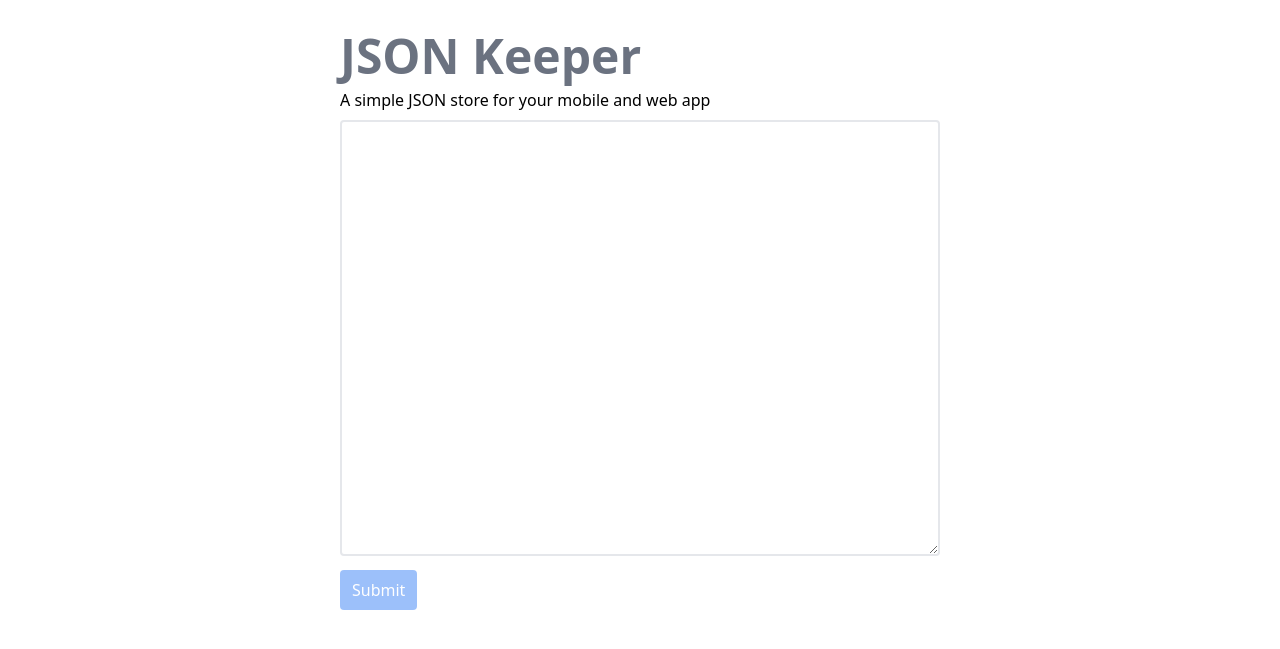
Repository: lakshithapramodya/jsonhub
Page: / (app in client/)
The author's editor kept a copy of each file at every save. The page is drawn from the files as they stood at one save, then again after the next save.
The browser window is 1280 px wide. The pictures show the whole page.
The page's requests for data from a server got no answer. The project was rebuilt for these pictures with package versions that can differ from the ones it lists, and the page was loaded fresh each time. No one was signed in, and anything a server would have sent is missing. Also part of the build but not shown: client/src/HandleJsonData.js.

Above is the page before, as saved 2023-05-10 12:18:14.

### client/src/index.js
import React from "react";
import ReactDOM from "react-dom/client";
import "./index.css";
import App from "./App";
import { BrowserRouter, Route, Routes } from "react-router-dom";
import HandleJsonData from "./HandleJsonData";

const root = ReactDOM.createRoot(document.getElementById("root"));
root.render(
  <React.StrictMode>
    <BrowserRouter>
      <Routes>
        <Route path="/" element={<App />} />
        <Route path=":url" element={<HandleJsonData />} />
      </Routes>
    </BrowserRouter>
  </React.StrictMode>
);

### client/src/App.js
import { useState } from "react";
import { SERVER_ENDPOINT } from "./config/Default";
import axios from "axios";

function App() {
  const [input, setInput] = useState([]);
  const [url, setUrl] = useState("");

  const sendRequest = async () => {
    const res = await axios
      .post(`${SERVER_ENDPOINT}/api/json`, {
        text: input,
      })
      .then()
      .catch((err) => console.log(err));
    const data = res.data;
    return data;
  };

  const handleSubmit = (e) => {
    e.preventDefault();
    sendRequest().then((res) => {
      console.log(res.url);
      res && setInput([]);
      setUrl(res.url);
    });
  };

  function isJsonString(str) {
    try {
      JSON.parse(str);
    } catch (e) {
      return false;
    }
    return true;
  }

  return (
    <div className="min-w-full min-h-screen flex flex-col">
      {url && (
        <a href={`${SERVER_ENDPOINT}/${url}`}>{`${SERVER_ENDPOINT}/${url}`}</a>
      )}
      <div className="flex flex-col mx-auto mt-8 w-full md:w-1/2 items-center justify-center">
        <form onSubmit={handleSubmit} className="w-full space-y-2 px-5">
          <h1 className="text-5xl font-semibold text-gray-500">JSON Keeper</h1>
          <p>A simple JSON store for your mobile and web app</p>
          <textarea
            onChange={(e) => setInput(e.target.value)}
            value={input}
            rows={18}
            className="border-2 w-full rounded"
          />
          <button
            className="bg-blue-500 p-2 px-3 rounded text-white disabled:opacity-50"
            disabled={!isJsonString(input)}
            type="submit"
          >
            Submit
          </button>
        </form>
      </div>
    </div>
  );
}

export default App;

### client/src/config/Default.js
export const SERVER_ENDPOINT =
  process.env.REACT_APP_SERVER_ENDPOINT || "http://localhost:5000";

Loaded but not shown: client/public/index.html (common file); client/src/index.css (common file); client/tailwind.config.js (common file)

After the next save:
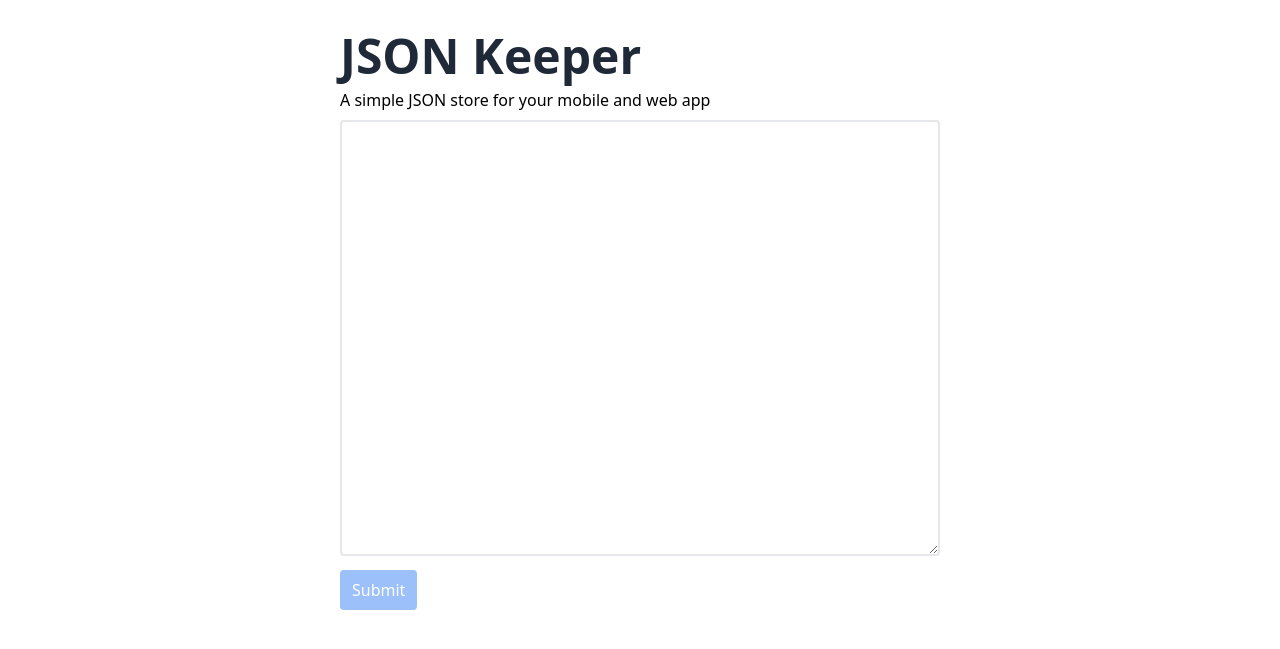
Saved 5 s later.
--- a/client/src/App.js
+++ b/client/src/App.js
@@ -42,7 +42,7 @@ function App() {
       )}
       <div className="flex flex-col mx-auto mt-8 w-full md:w-1/2 items-center justify-center">
         <form onSubmit={handleSubmit} className="w-full space-y-2 px-5">
-          <h1 className="text-5xl font-semibold text-gray-500">JSON Keeper</h1>
+          <h1 className="text-5xl font-semibold text-gray-800">JSON Keeper</h1>
           <p>A simple JSON store for your mobile and web app</p>
           <textarea
             onChange={(e) => setInput(e.target.value)}
